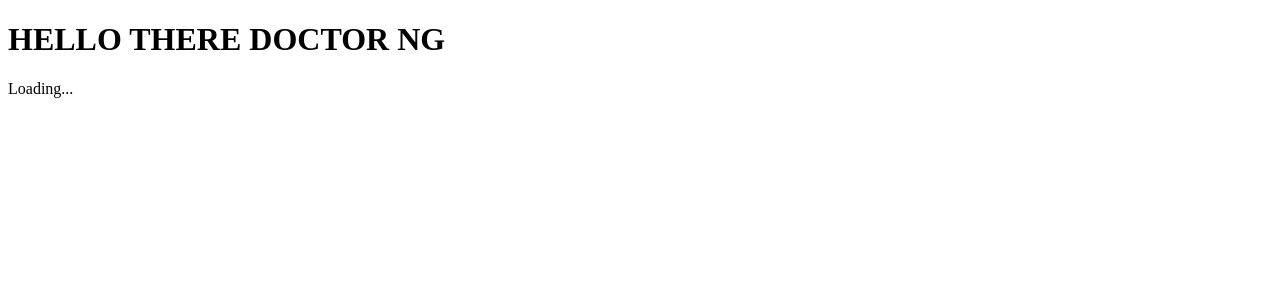
Repository: charlieactor/AngularLabs
Page: ngHandsOn/WebContent/index.html
An editor plug-in stored every save of this project. The page is shown before and after the next save, followed by the edit.
The browser window is 1280 px wide. The pictures show the whole page.
Some web libraries are served in a nearby version.

Above is the page before, as saved 2017-08-23 20:35:01.

### ngHandsOn/WebContent/index.html
<!DOCTYPE html>
<html ng-app>
<head>
  <meta charset="UTF-8">
  <title>Hello Angular</title>
  <script src="https://cdnjs.cloudflare.com/ajax/libs/angular.js/1.5.7/angular.min.js"></script>
  <script src="app/appModule/app.module.js"></script>
  <script src="app/appModule/helloWorld.component.js"></script>
</head>
<body>
  <h1>{{'HELLO THERE DOCTOR NG'}}</h1>
  <hello-world>Loading...</hello-world>
</body>
</html>

### ngHandsOn/WebContent/app/appModule/app.module.js
angular.module('appModule', []);

### ngHandsOn/WebContent/app/appModule/helloWorld.component.js
angular.module('appModule')
			  .component('helloWorld', {
				  template : '<h1>Hello, World COMPONENT!</h1>'
			  });

After the next save:
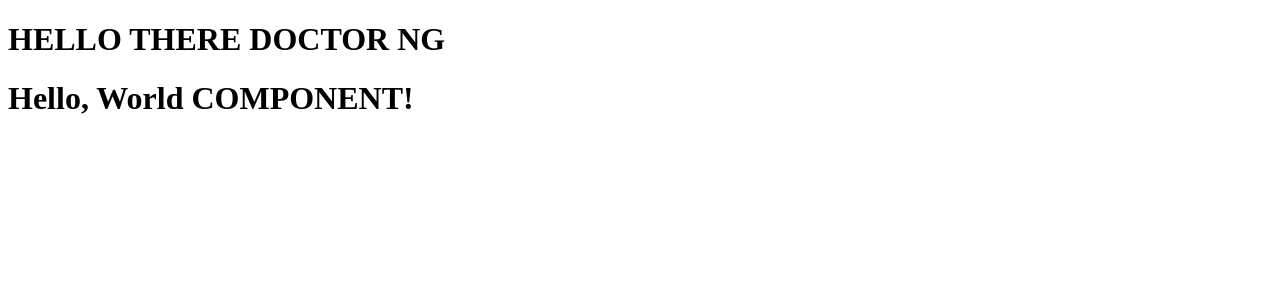
Saved 4 min 8 s later.
--- a/ngHandsOn/WebContent/index.html
+++ b/ngHandsOn/WebContent/index.html
@@ -1,5 +1,5 @@
 <!DOCTYPE html>
-<html ng-app>
+<html ng-app = "appModule">
 <head>
   <meta charset="UTF-8">
   <title>Hello Angular</title>
